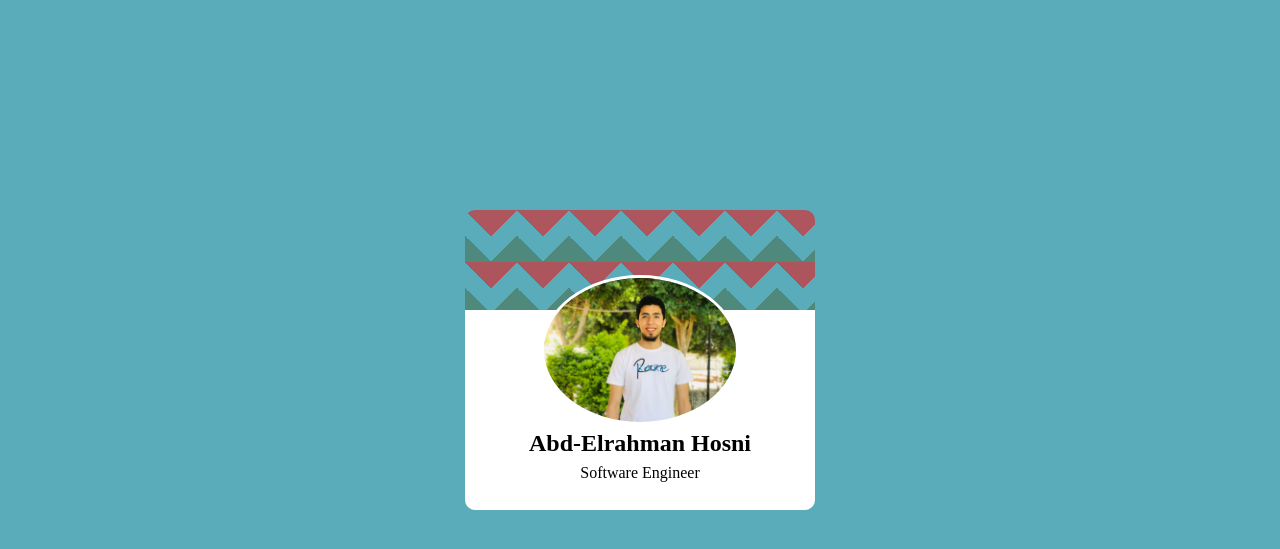
Repository: Abdo-Hosni123/Html-and-css-projects
Page: index.html
The author's editor kept a copy of each file at every save. The page is drawn from the files as they stood at one save, then again after the next save.
The browser window is 1280 px wide. The pictures show the whole page.

Above is the page before, as saved 2023-12-05 22:38:40.

### index.html
<!DOCTYPE html>
<html lang="en">
<head>
    <meta charset="UTF-8">
    <meta name="viewport" content="width=device-width, initial-scale=1.0">
    <title>Abd-Elrahman Honsi's profile component</title>
    <link rel="stylesheet" href="Style.css">
</head>
<body>
    <div class="container">
        <article class="card">
            <div class="top"></div>
            <div class="middle">
                <img src="./assets/mypicture.jpg" alt="picture of Abdelrahman Hosni" class="card-img">
                <h2>Abd-Elrahman Hosni</h2>
                <p>Software Engineer</p>
            </div>
            <div class="bottom"></div>
        </article>

    </div>
</body>
</html>

### Style.css

*, *::before, *::after {
box-sizing: border-box;
}
* {
margin: 0;
}
body {
line-height: 1.5;
-webkit-font-smoothing: antialiased;
}

img, picture, video, canvas, svg {
display: block;
max-width: 100%;
}

input, button, textarea, select {
font: inherit;
}

p, h1, h2, h3, h4, h5, h6 {
overflow-wrap: break-word;
}

#root, #__next {
isolation: isolate;
}
.container{
    display: flex;
    align-items: center;
    justify-content: center;
    min-height: 100vh;
    background-color: #5bacba;

}
.card {
    display: flex;
    flex-direction: column;
    min-width: 350px;
    border-radius: 10px;
    overflow: hidden;
}
.top {
    height: 100px;
    background-color: #e5e5f7;
    opacity: 0.8;
    background-color: #5bacba;
    opacity: 0.5;
    background-image:  linear-gradient(135deg, rgb(255, 0, 0) 25%, transparent 25%), linear-gradient(225deg, rgb(255, 0, 0) 25%, transparent 25%), linear-gradient(45deg, #446740 25%, transparent 25%), linear-gradient(315deg, #446740 25%, #5bacba 25%);
    background-position:  26px 0, 26px 0, 0 0, 0 0;
    background-size: 52px 52px;
    background-repeat: repeat;
    z-index: 1;
}
.middle{
    display: flex;
    flex-direction: column;
    justify-content: center;
    align-items: center;
    background-color: white;
    height: 200px;
}
.card-img{
    margin-top: -60px;
    border-radius: 50%;
    border: 3px solid white;
    height: 150px;
    z-index: 2;

}

After the next save:
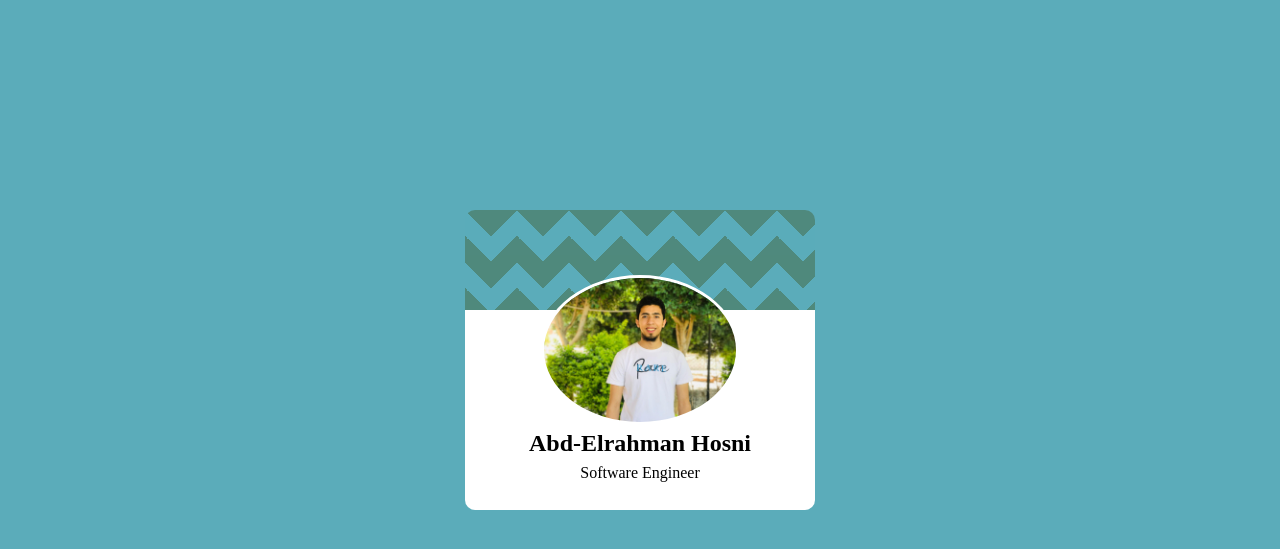
Saved 37 s later.
--- a/Style.css
+++ b/Style.css
@@ -45,12 +45,12 @@ isolation: isolate;
     height: 100px;
     background-color: #e5e5f7;
     opacity: 0.8;
-    background-color: #5bacba;
-    opacity: 0.5;
-    background-image:  linear-gradient(135deg, rgb(255, 0, 0) 25%, transparent 25%), linear-gradient(225deg, rgb(255, 0, 0) 25%, transparent 25%), linear-gradient(45deg, #446740 25%, transparent 25%), linear-gradient(315deg, #446740 25%, #5bacba 25%);
-    background-position:  26px 0, 26px 0, 0 0, 0 0;
-    background-size: 52px 52px;
-    background-repeat: repeat;
+   background-color: #5bacba;
+opacity: 0.5;
+background-image:  linear-gradient(135deg, #446740 25%, transparent 25%), linear-gradient(225deg, #446740 25%, transparent 25%), linear-gradient(45deg, #446740 25%, transparent 25%), linear-gradient(315deg, #446740 25%, #5bacba 25%);
+background-position:  26px 0, 26px 0, 0 0, 0 0;
+background-size: 52px 52px;
+background-repeat: repeat;
     z-index: 1;
 }
 .middle{
